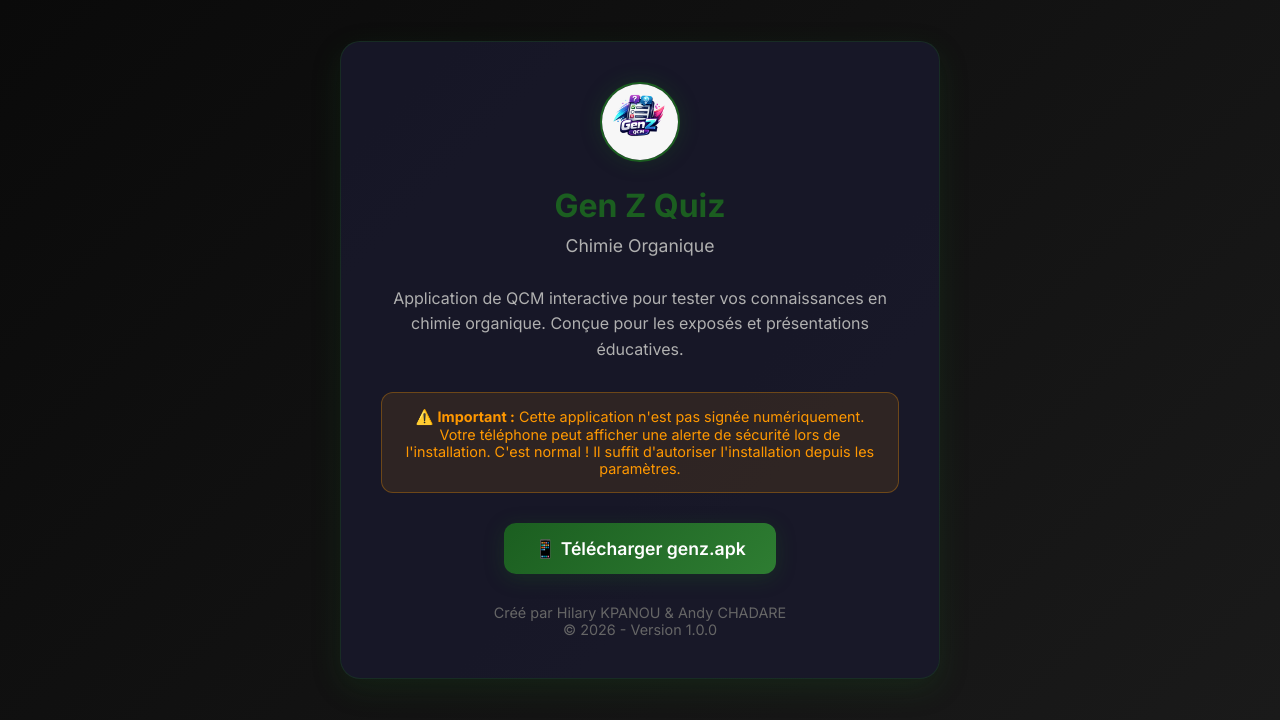
Repository: Deogratiasdev/gen-z
Page: index.html
An editor plug-in stored every save of this project. The page is shown before and after the next save, followed by the edit.
The browser window is 1280 px wide. The pictures show the whole page.

Above is the page before, as saved 2026-04-24 16:08:04.

After the next save:
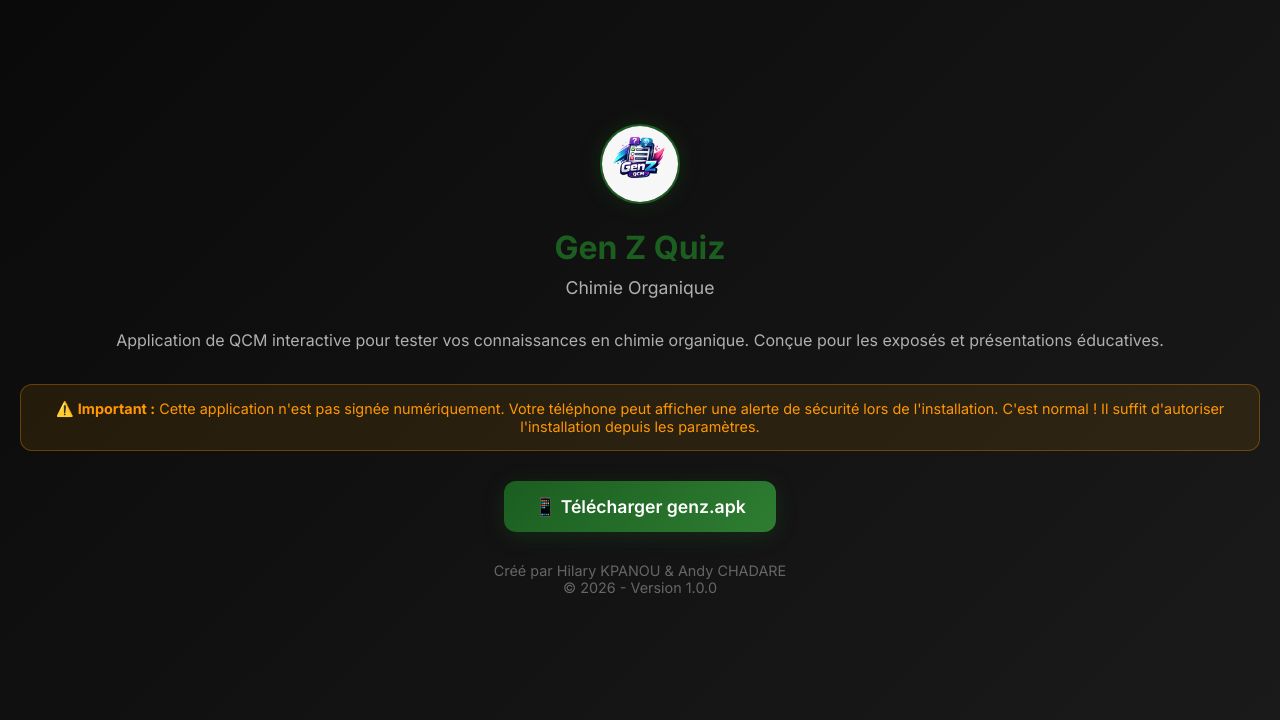
Saved 38 s later.
--- a/index.html
+++ b/index.html
@@ -21,16 +21,11 @@
             align-items: center;
             justify-content: center;
             padding: 20px;
+            text-align: center;
         }
 
-        .container {
+        .content {
             max-width: 600px;
-            text-align: center;
-            background: rgba(26, 26, 46, 0.8);
-            border: 1px solid rgba(27, 94, 32, 0.3);
-            border-radius: 20px;
-            padding: 40px;
-            box-shadow: 0 10px 30px rgba(27, 94, 32, 0.2);
         }
 
         .logo {
